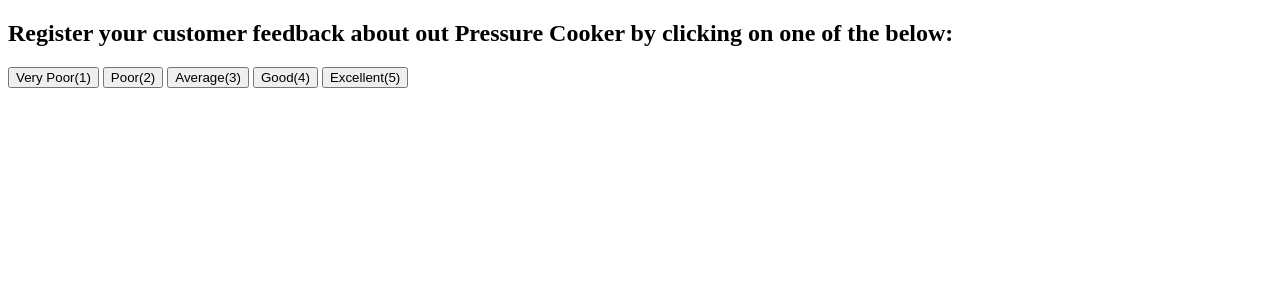
Repository: isaurabhkr/Spring-JavaCourse-101
Page: Spring/WP/GoodsteamProject/WebContent/input.html
The author's editor kept a copy of each file at every save. The page is drawn from the files as they stood at one save, then again after the next save.
The browser window is 1280 px wide. The pictures show the whole page.

Above is the page before, as saved 2019-08-06 06:24:52.

### Spring/WP/GoodsteamProject/WebContent/input.html
<!DOCTYPE html>
<html>
<head>
<meta charset="ISO-8859-1">
<title>Please Register Feedback</title>
</head>
<body>
<h2> Register your customer feedback about out Pressure Cooker by clicking on one of the below:</h2>

<button type="button">Very Poor(1)</button>
<button type="button">Poor(2)</button>
<button type="button">Average(3)</button>
<button type="button">Good(4)</button>
<button type="button">Excellent(5)</button>

</body>
</html>

After the next save:
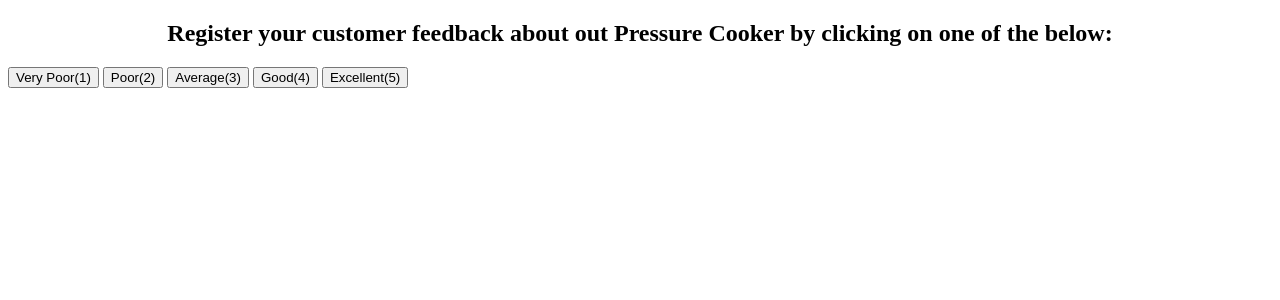
Saved 58 s later.
--- a/Spring/WP/GoodsteamProject/WebContent/input.html
+++ b/Spring/WP/GoodsteamProject/WebContent/input.html
@@ -5,7 +5,7 @@
 <title>Please Register Feedback</title>
 </head>
 <body>
-<h2> Register your customer feedback about out Pressure Cooker by clicking on one of the below:</h2>
+<h2 align ="center"> Register your customer feedback about out Pressure Cooker by clicking on one of the below:</h2>
 
 <button type="button">Very Poor(1)</button>
 <button type="button">Poor(2)</button>
